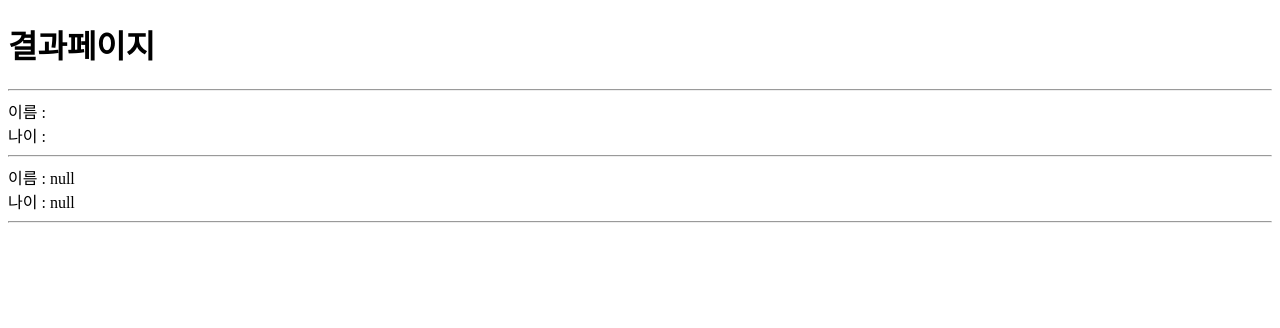
Repository: Cyoungju/workspace
Page: http://localhost/test/result
These files come from the project's save history. The page is drawn as it stood at one moment and after the next save; the edit follows.
The browser window is 1280 px wide. The pictures show the whole page.
The page is served by Tomcat 9.

Above is the page before, as saved 2024-01-31 06:06:35.

After the next save:
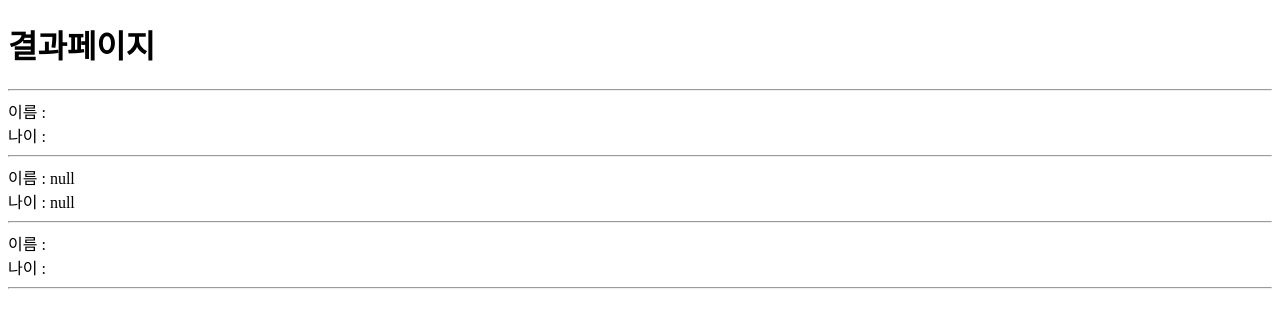
Saved 2 min 29 s later.
--- a/ws-jsp-servlet/test/src/main/webapp/result.jsp
+++ b/ws-jsp-servlet/test/src/main/webapp/result.jsp
@@ -5,6 +5,10 @@
 	String name = request.getParameter("name");
 	String age = request.getParameter("age");
 	// <%= 변수이름(값)을 넣을때는 이렇게 변수를 만들어줘야함
+
+	pageContext.setAttribute("name", name); // 속성값설정 - 키벨류 형태
+	pageContext.setAttribute("age", age);
+	// ${ㅅ}
 %>
 <!DOCTYPE html>
 <html>
@@ -22,6 +26,8 @@
 	이름 : <%= name %><br>
 	나이 : <%= age %><br>
 	<hr>
-
+	이름 : ${name}<br>
+	나이 : ${age}<br>
+	<hr>
 </body>
 </html>
